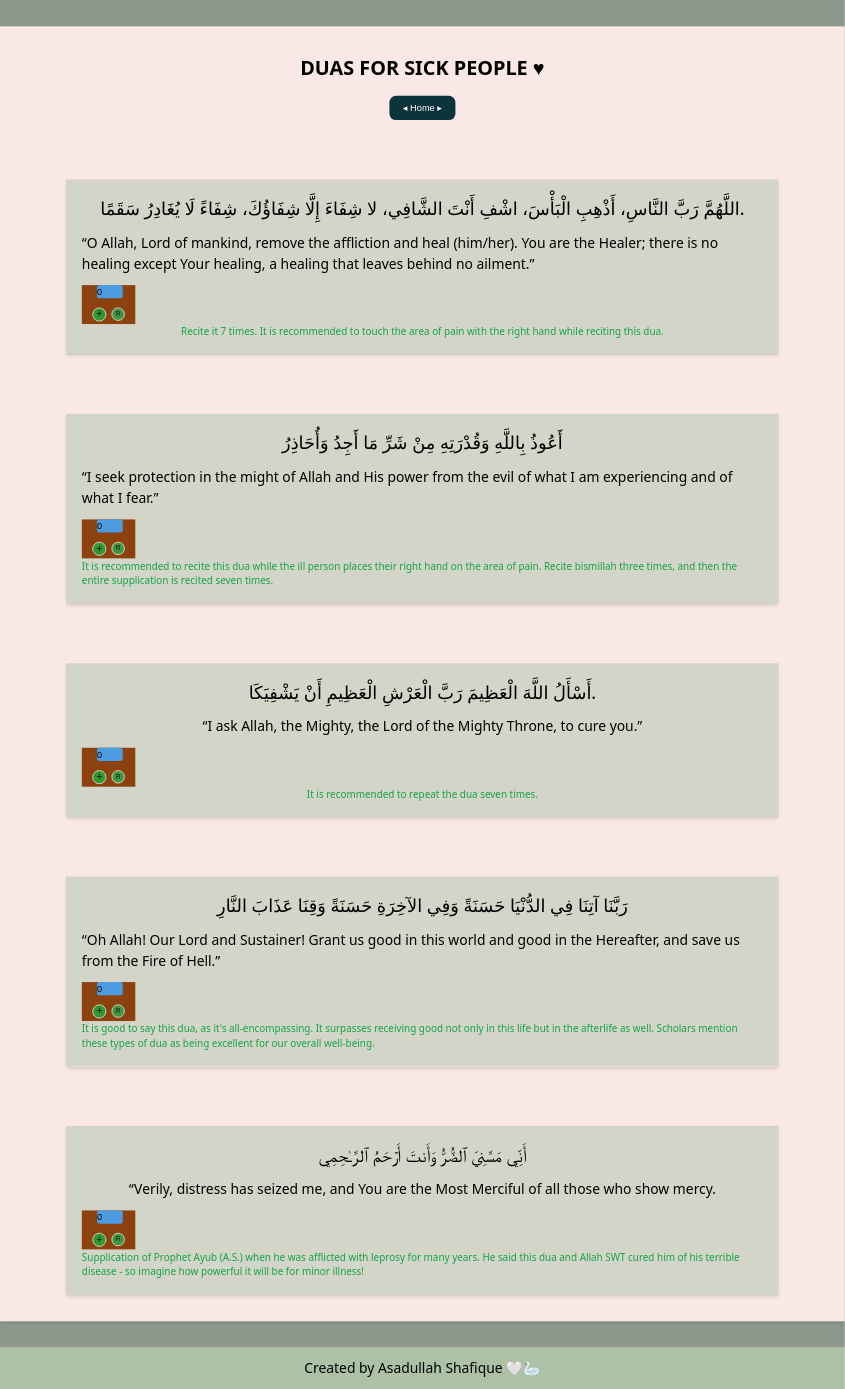
Repository: asadullah48/Duas_Diary
Page: /sick
These files come from the project's save history. The page is drawn as it stood at one moment and after the next save; the edit follows.
The browser window is 1280 px wide. The pictures show the whole page, at 66% of full size.
The project was rebuilt for these pictures with package versions that can differ from the ones it lists, and the page was loaded fresh each time. The framework's server and built-in components were replaced by stand-ins that run in the browser. Also part of the build but not shown: next.config.ts.

Above is the page before, as saved 2024-11-30 10:22:08.

After the next save:
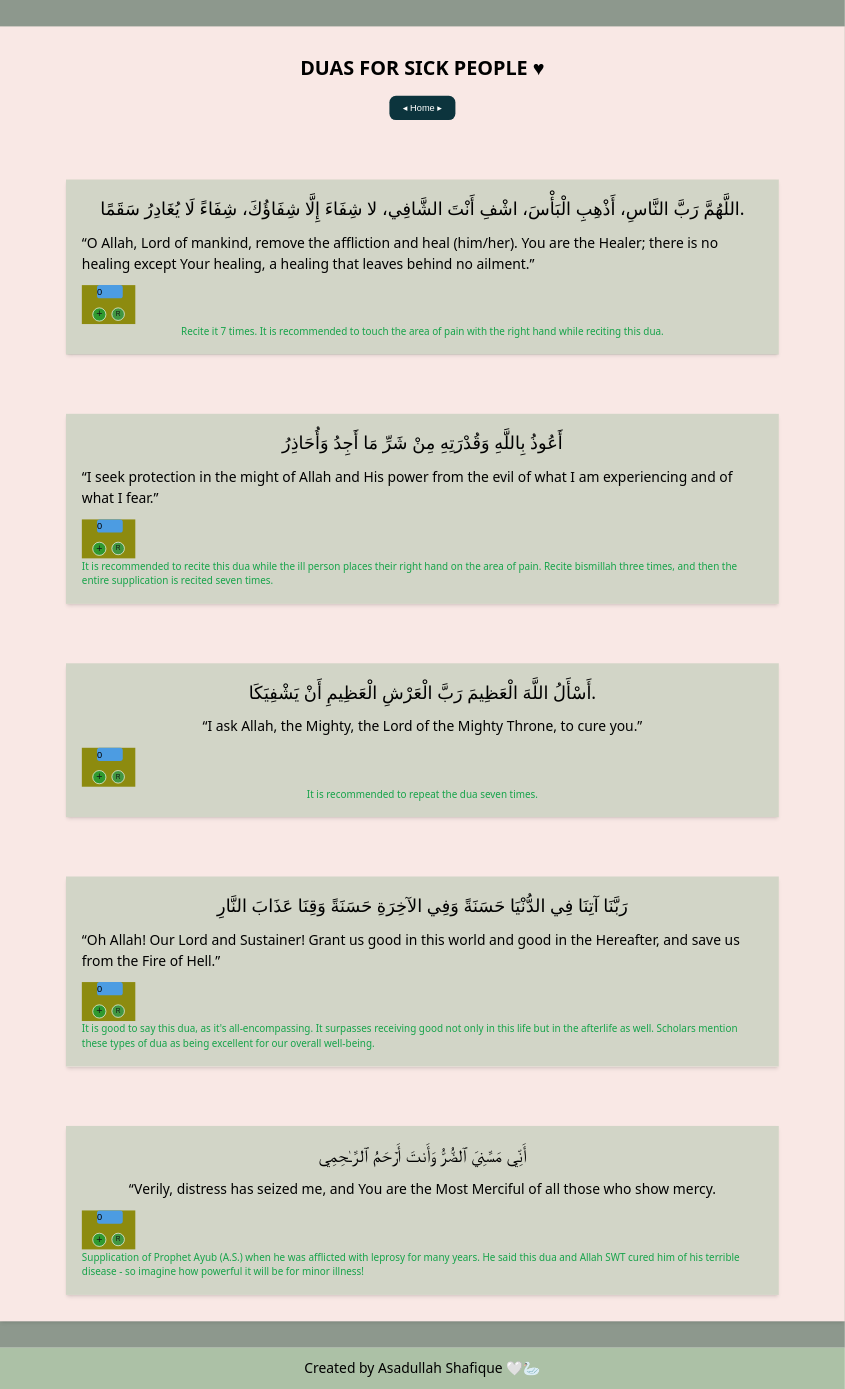
Saved 6 s later.
--- a/src/components/button.tsx
+++ b/src/components/button.tsx
@@ -16,7 +16,7 @@ export default function Button() {
   };
 
   return (
-    <div className="bg-[#8d410f] w-[81px] h-[59px] flex flex-col items-center justify-between">
+    <div className="bg-[#8d8b0f] w-[81px] h-[59px] flex flex-col items-center justify-between">
       <p className="text-black w-[39px] flex text-sm bg-[#4c9ce2] rounded ml-1">
         {count}
       </p>
